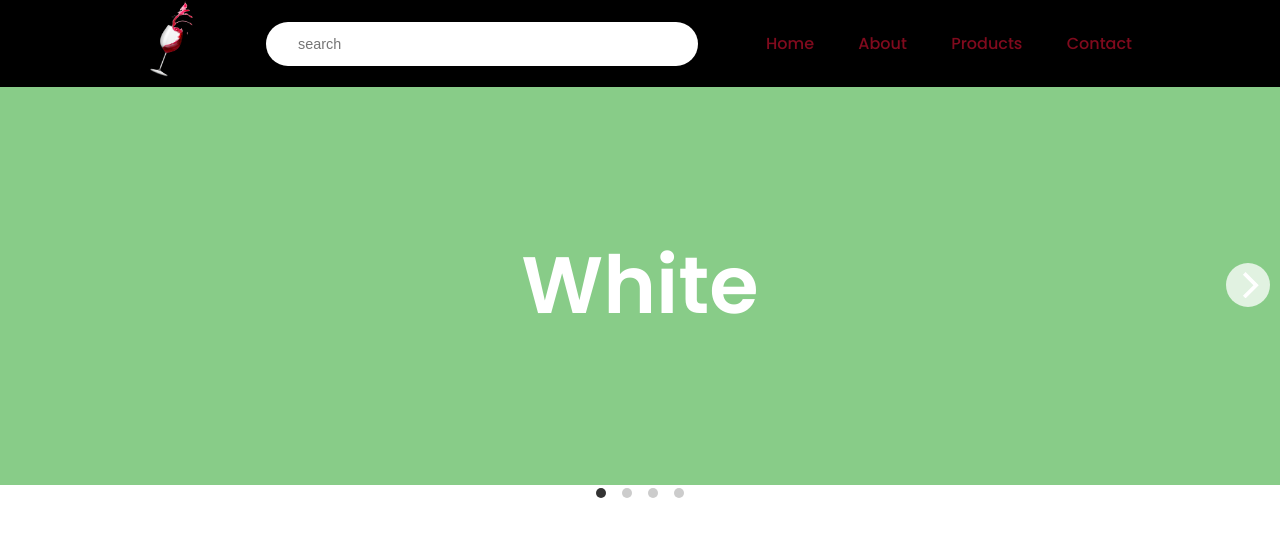
Repository: vncntxl/assesment3
Page: index.html
An editor plug-in stored every save of this project. The page is shown before and after the next save, followed by the edit.
The browser window is 1280 px wide. The pictures show the whole page.
Some icons come from a web library that is not loaded, so they are not drawn.

Above is the page before, as saved 2024-08-21 17:55:06.

### index.html
<!DOCTYPE html>
<html lang="en">
<head>
    <meta charset="UTF-8">
    <meta name="viewport" content="width=device-width, initial-scale=1.0">
    <title>Document</title>
    <link rel="stylesheet" href="styles.css">
    <link rel="stylesheet" href="https://unicons.iconscout.com/release/v4.0.0/css/line.css">
    <link rel="stylesheet" href="https://unpkg.com/flickity@2/dist/flickity.min.css">

</head>
<body>
    <!-- START OF NAVBAR -->
    <nav class="nav">
        <div class="container">
            <a href="index.html">
                <img class="logo" src="images/logo.png">
            </a>
            <div class="search-bar">
                <i class="uil uil-search"></i>
                <input type="search" placeholder="search">
            </div>
          <ul>
            <li><a href="# current">Home</a></li>
            <li><a href="#">About</a></li>
            <li><a href="#">Products</a></li>
            <li><a href="#">Contact</a></li>
          </ul>
        </div>
      </nav>
      <!-- END OF NAVBAR -->
       <!-- START OF HERO SECTION -->
        <div class="hero-section">
            <div class="carousel" data-flickity>
                <div class="carousel-cell white-image">White</div>
                <div class="carousel-cell red-image">Red</div>
                <div class="carousel-cell rose-image">Rose</div>
                <div class="carousel-cell sparkling-image">Sparkling</div>
              </div>
        </div>
        <!-- ENF OF HERO SECTION -->
</body>
<script src="https://unpkg.com/flickity@2/dist/flickity.pkgd.min.js"></script>
</html>

### styles.css
/* font */
@import url('https://fonts.googleapis.com/css2?family=Poppins:ital,wght@0,100;0,200;0,300;0,400;0,500;0,600;0,700;0,800;0,900;1,100;1,200;1,300;1,400;1,500;1,600;1,700;1,800;1,900&display=swap');

*{
    padding: 0;
    margin: 0;
    box-sizing: border-box;
    outline: none;
    border: none;
}

body{
    font-family: 'Poppins',sans-serif;
}

.container{
    width: 80%;
    margin: 0 auto;
}

nav {
    width: 100%;
    background-color: black;
    padding: 0.7 rem 0;
    position: fixed;
    top: 0;
    z-index: 10;
}

.logo {
    max-width: 90px;
}
nav .container{
    display: flex;
    align-items: center;
    justify-content: space-between;
}

.search-bar {
    background-color: #fff;
    border-radius: 2rem;
    padding: 0.6rem 1rem;
    margin: 15px;
}

.search-bar input[type="search"]{
    background: transparent;
    width: 30vw;
    margin-left: 1rem;
    font-size: 0.9rem;
    color: #800A1D;

}

nav li {
    display: inline-block;
    padding: 0 20px;
}

nav li a {
   text-decoration: none;
   color: #800A1D;
   font-weight: 500;
}

.hero-section {
    margin-top: 85px;
}

.white-image{
 background-image: url(images/logo.png);
}
.red-image{

}
.rose-image{

}
.sparkling-image{

}
.carousel {
    background: #EEE;
    font-size: 80px;
    color: #fff;
    font-weight: 600;
  }

  .carousel-cell {
    width: 100%;
    height: 400px;
    background: #8C8;
    display: flex;
    align-items: center;
    justify-content: center;
  }

  /* cell number */
  .carousel-cell:before {
    display: block;
    text-align: center;
    line-height: 200px;
    font-size: 80px;
    color: white;
  }


  /* big buttons, no circle */
  .flickity-prev-next-button {
    width: 100px;
    height: 100px;
    background: transparent;
  }
  /* arrow color */
  .flickity-prev-next-button .arrow {
    fill: white;
  }
  .flickity-prev-next-button.no-svg {
    color: white;
  }
  .flickity-prev-next-button:hover {
    background: transparent;
  }
  /* hide disabled button */
  .flickity-prev-next-button:disabled {
    display: none;
  }

After the next save:
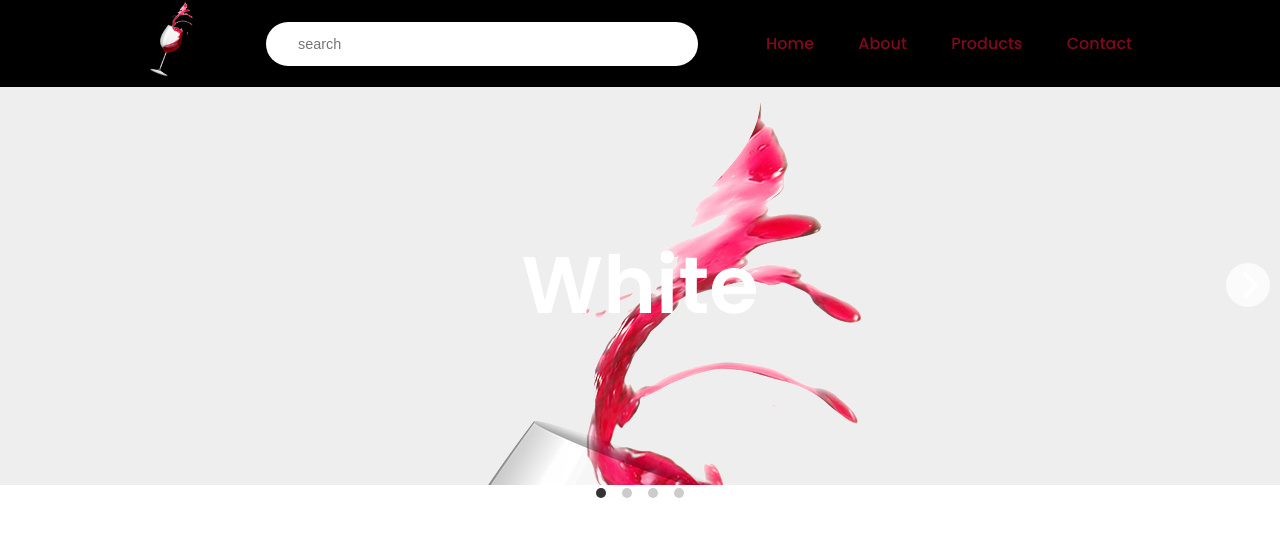
Saved 7 s later.
--- a/styles.css
+++ b/styles.css
@@ -89,7 +89,6 @@ nav li a {
   .carousel-cell {
     width: 100%;
     height: 400px;
-    background: #8C8;
     display: flex;
     align-items: center;
     justify-content: center;
